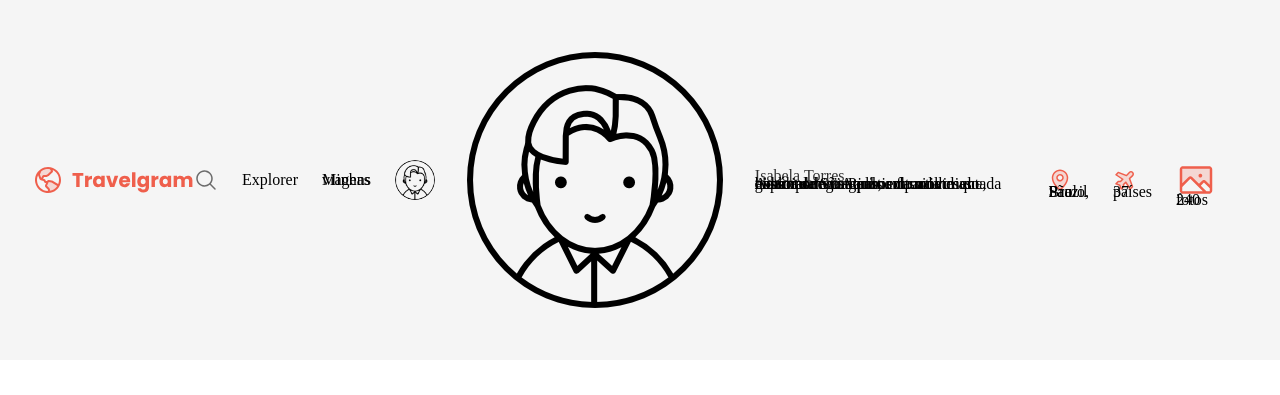
Repository: JeffRodFer/projeto-Travelgran-Rockeseat
Page: index.html
An editor plug-in stored every save of this project. The page is shown before and after the next save, followed by the edit.
The browser window is 1280 px wide. The pictures show the whole page.

Above is the page before, as saved 2025-03-22 15:39:50.

After the next save:
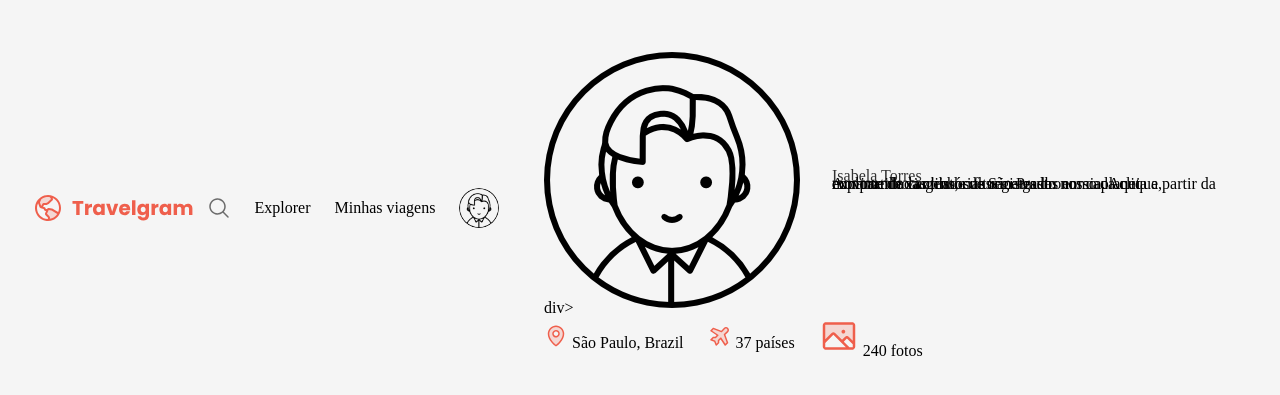
Saved 6 s later.
--- a/index.html
+++ b/index.html
@@ -43,7 +43,7 @@
                                         Amante de viagens, cultura e gastronomia. Aqui compartilho as histórias registradas em cada clique, explorando cantinhos fascinates do nosso planeta a partir da movimentada cidade de São Paulo.
                                     </p>
                                 </div>
-
+                                </div>div>
                                <ul id="info">
                                 <li>
                                     <img src="assets/icons/MapPin.svg" alt="ícone de mapa">
